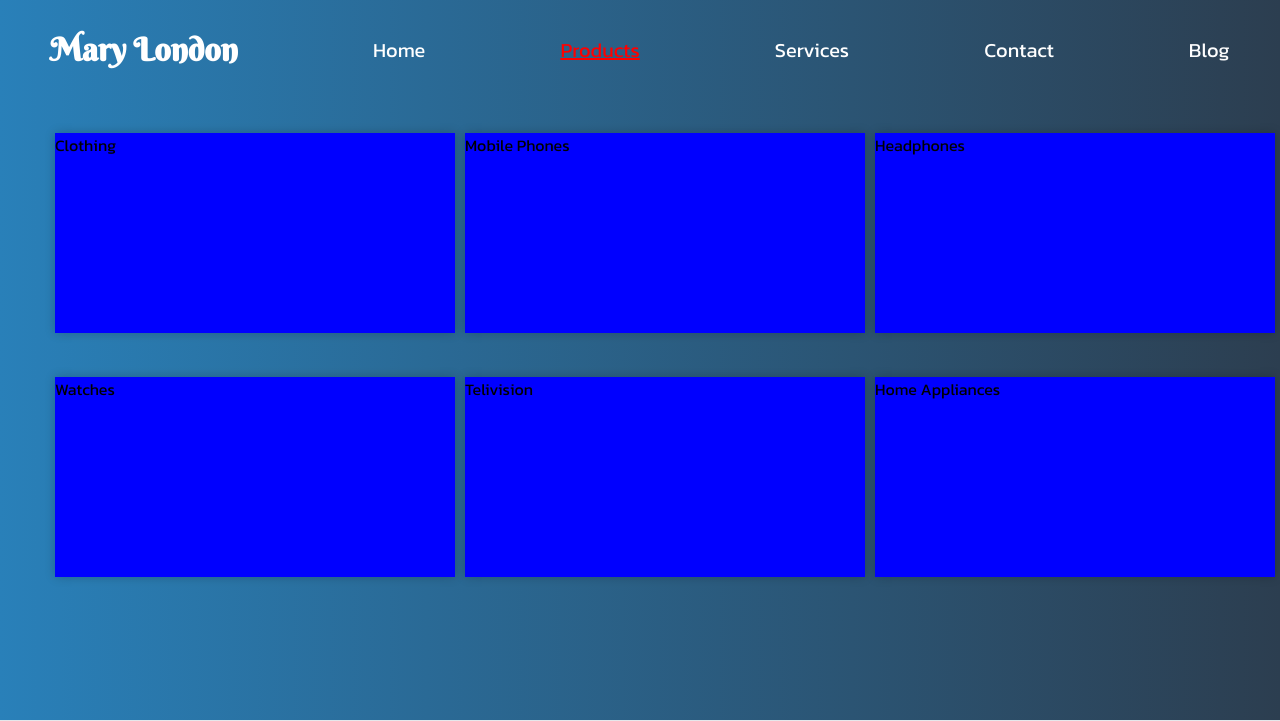
Repository: Habeebur1493/test2
Page: /products
These files come from the project's save history. The page is drawn as it stood at one moment and after the next save; the edit follows.
The browser window is 1280 px wide. The pictures show the whole page.
The project was rebuilt for these pictures with package versions that can differ from the ones it lists, and the page was loaded fresh each time. Also part of the build but not shown: vite.config.js, src/Frontend/Loader/loaderstyle.css, src/Frontend/Firstpage/Home.jsx, src/Frontend/Firstpage/Services.jsx, src/Frontend/Firstpage/Contact.jsx, src/Frontend/Firstpage/Blog.jsx, src/Frontend/Firstpage/ClothingDetails.jsx.

Above is the page before, as saved 2024-12-27 19:53:33.

After the next save:
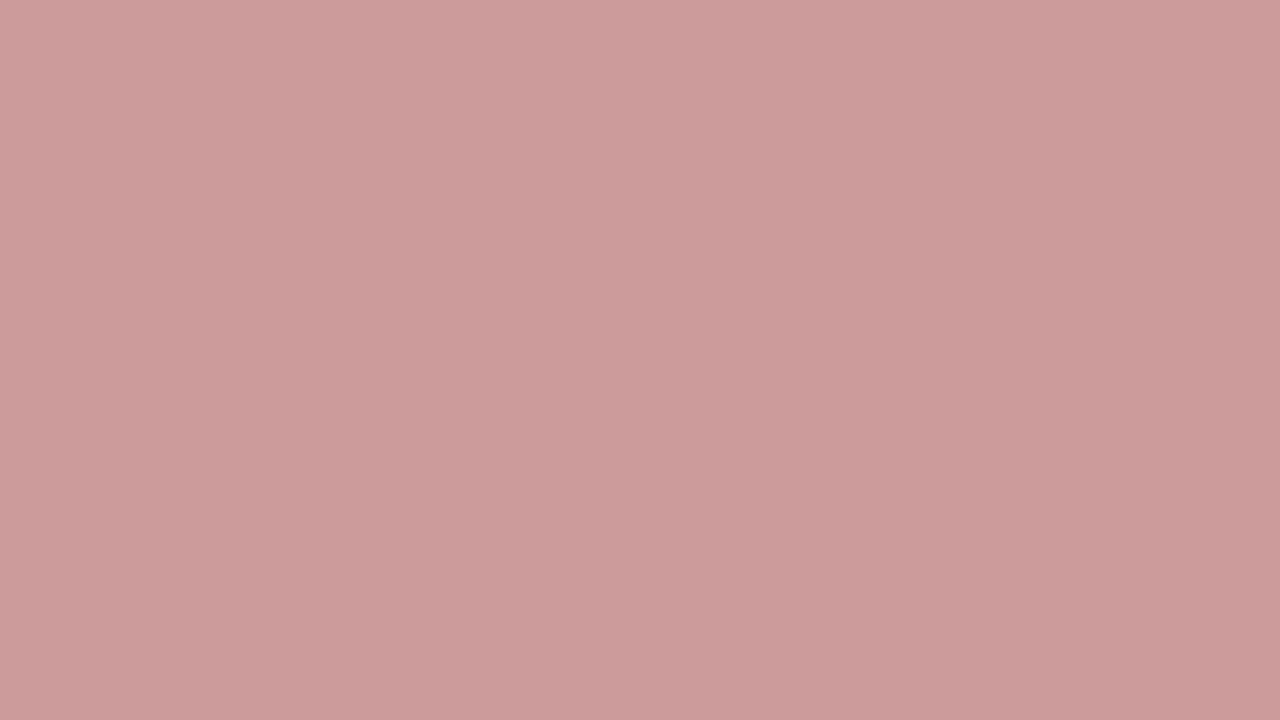
Console error: ReferenceError: Link is not defined
Saved 32 min 54 s later.
--- a/src/Frontend/Firstpage/Products.jsx
+++ b/src/Frontend/Firstpage/Products.jsx
@@ -1,29 +1,29 @@
 import "./page1.css";
-import { Link, Outlet } from "react-router-dom";
+import { h1, Outlet } from "react-router-dom";
 
 
 const Products = () => {
   return (
     <div>
       <div className="container">
-        <div className="box1">
-          <Link to="/products/clothing">Clothing</Link>
-        </div>
-        <div className="box2">
-          <Link>Mobile Phones</Link>
-        </div>
-        <div className="box3">
-          <Link>Headphones</Link>
-        </div>
-        <div className="box4">
-          <Link>Watches</Link>
-        </div>
-        <div className="box5">
-          <Link>Telivision</Link>
-        </div>
-        <div className="box6">
-          <Link>Home Appliances</Link>
-        </div>
+        <Link className="box1">
+          <h1>Clothing</h1>
+        </Link>
+        <Link className="box2">
+          <h1>Mobile Phones</h1>
+        </Link>
+        <Link className="box3">
+          <h1>Headphones</h1>
+        </Link>
+        <Link className="box4">
+          <h1>Watches</h1>
+        </Link>
+        <Link className="box5">
+          <h1>Telivision</h1>
+        </Link>
+        <Link className="box6">
+          <h1>Home Appliances</h1>
+        </Link>
       </div>
       <hr />
 

After the 2 saves that followed:
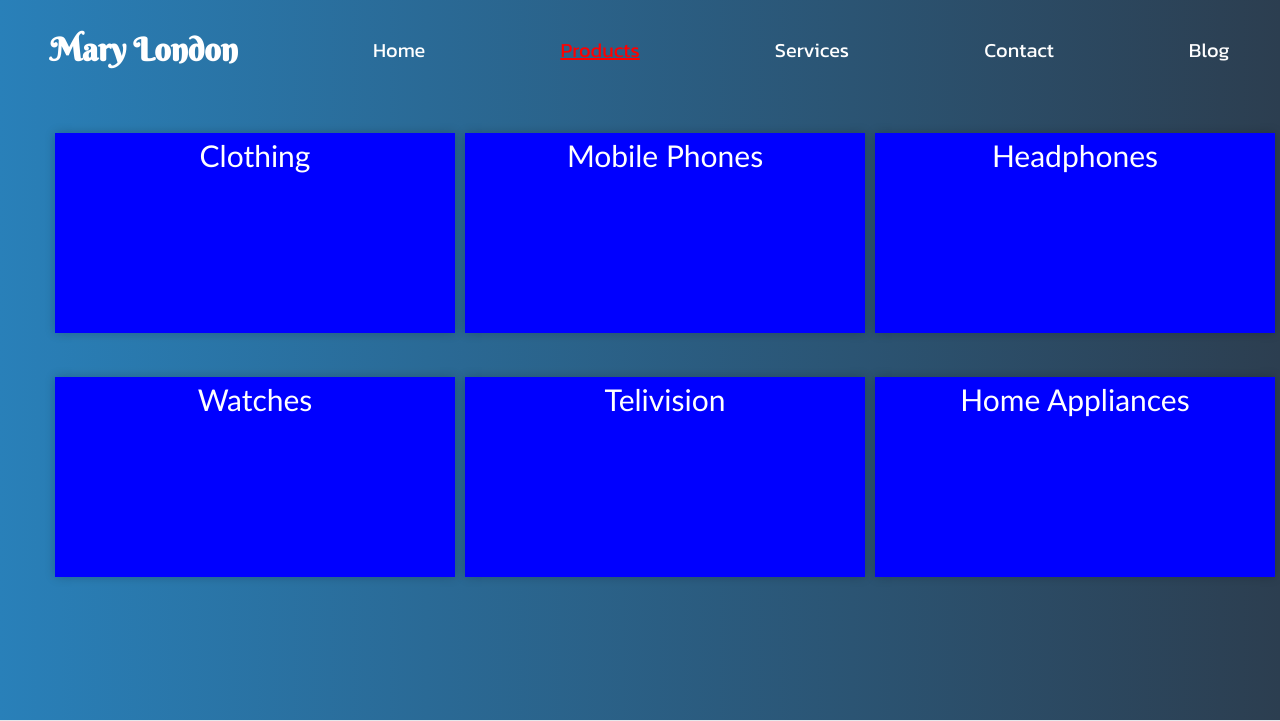
The error is gone.
The 2 saves are shown as one change because 1 left the picture as it was.
The last was saved 118 s later.
--- a/src/Frontend/Firstpage/Products.jsx
+++ b/src/Frontend/Firstpage/Products.jsx
@@ -1,5 +1,5 @@
 import "./page1.css";
-import { h1, Outlet } from "react-router-dom";
+import {  Link, Outlet } from "react-router-dom";
 
 
 const Products = () => {
